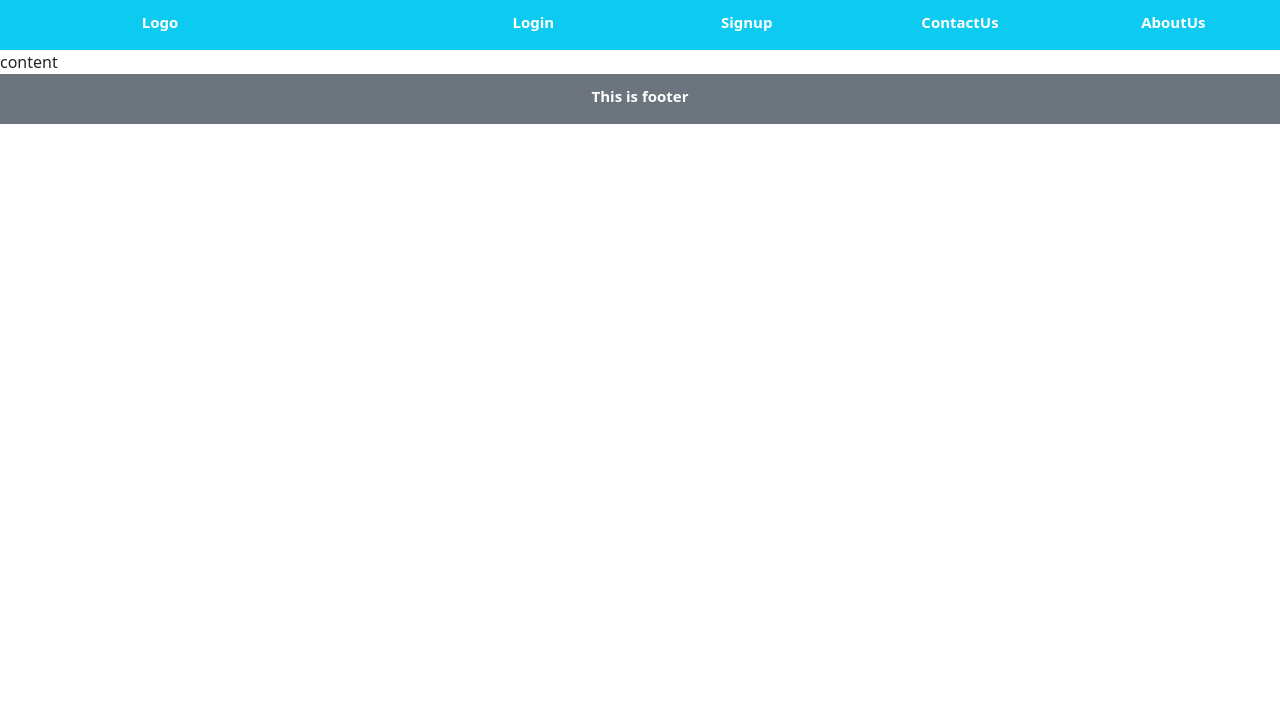
Repository: vishalsin888/J2EE-
Page: http://localhost/JSPE2E/
The author's editor kept a copy of each file at every save. The page is drawn from the files as they stood at one save, then again after the next save.
The browser window is 1280 px wide. The pictures show the whole page.
The page is served by Tomcat 9.

Above is the page before, as saved 2022-10-28 10:38:59.

After the next save:
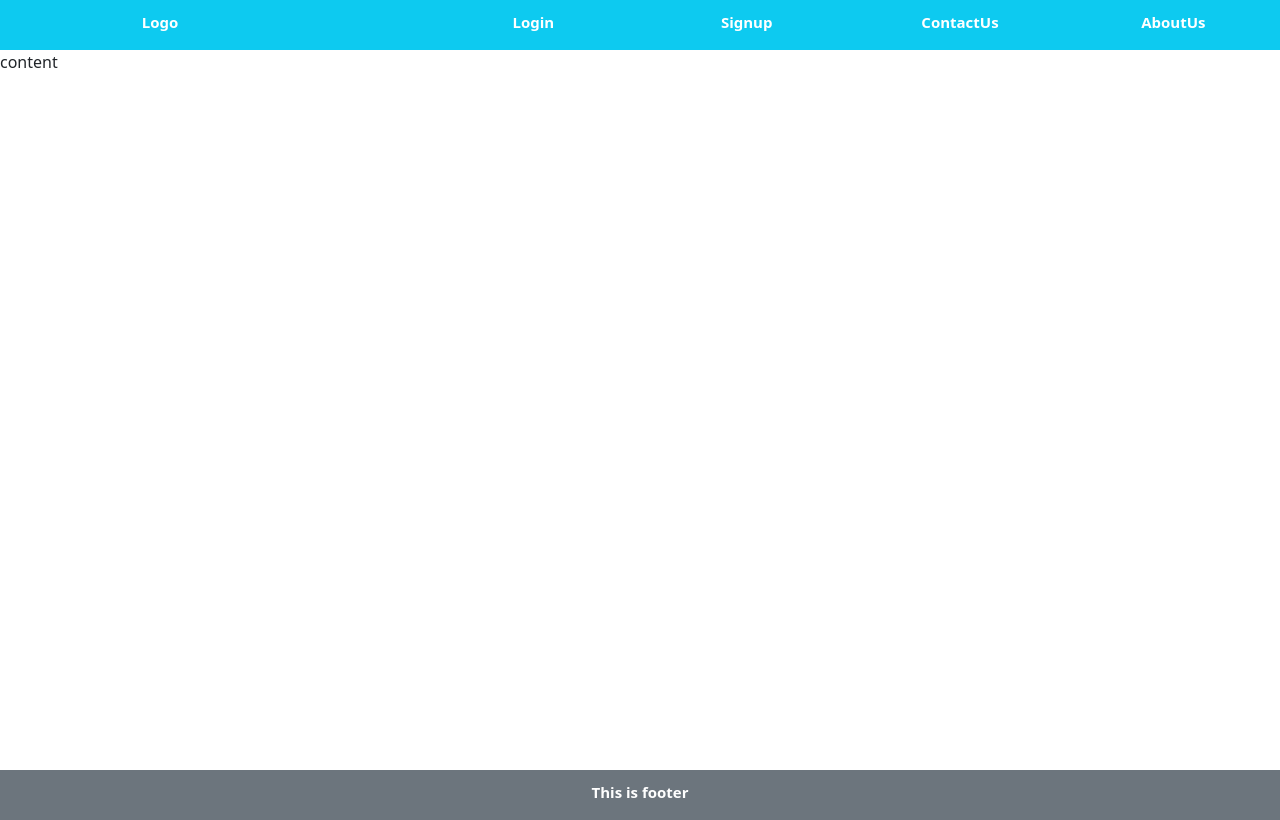
Saved 51 s later.
--- a/JSPE2E/src/main/webapp/index.jsp
+++ b/JSPE2E/src/main/webapp/index.jsp
@@ -8,8 +8,10 @@
 </head>
 <body>
 <jsp:include page="header.jsp"></jsp:include>
-<div>
-content
+ <div class="container-fluid">
+    <div class="row" style="height:100vh;">
+        content
+    </div>
 </div>
 <jsp:include page="footer.jsp"></jsp:include>
 </body>
